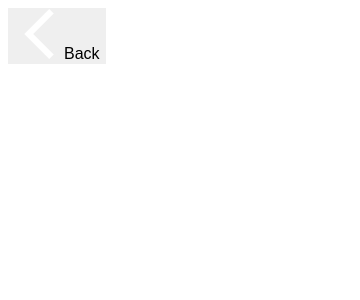
Repository: LuuDavid778/FROGIC
Page: back_button.html
An editor plug-in stored every save of this project. The page is shown before and after the next save, followed by the edit.
The browser window is 360 px wide. The pictures show the whole page.

Above is the page before, as saved 2020-03-08 12:26:29.

After the next save:
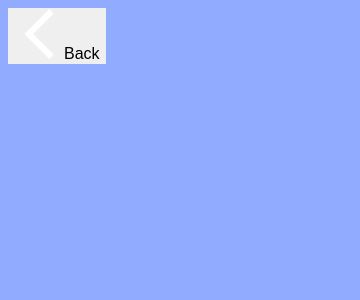
Saved 62 s later.
--- a/back_button.css
+++ b/back_button.css
@@ -1,5 +1,13 @@
-.back_button {
-    background-color: none;
-    border: none;
-    font-size: 1em;
-}
+/* CSS for mobile */
+@media screen and (max-width: 360px){
+    body {
+        background-color:#91ABFF;
+    }
+
+    .back_button {
+        background-color: none;
+        border: none;
+        font-size: 1em;
+    }
+
+  }
